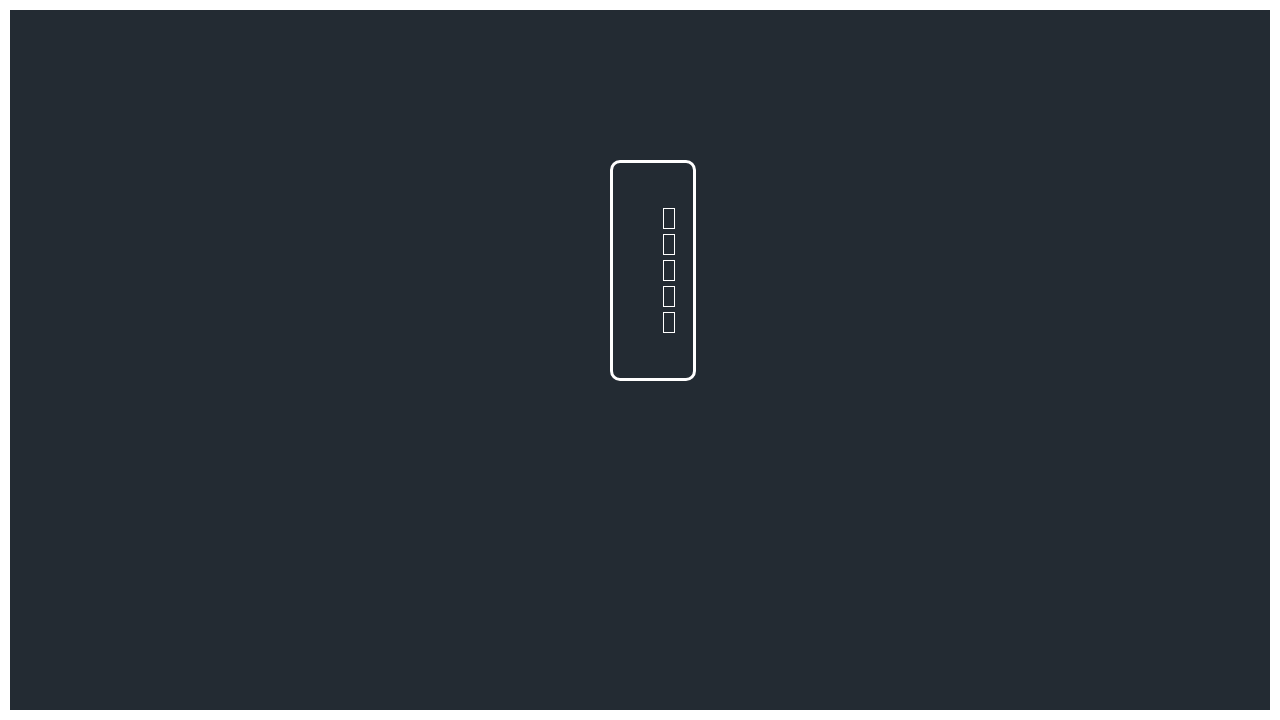
Repository: wakoya-tech/react-project
Page: Desktop/shaakala/aschu/index.html
These files come from the project's save history. The page is drawn as it stood at one moment and after the next save; the edit follows.
The browser window is 1280 px wide. The pictures show the whole page.

Above is the page before, as saved 2025-08-29 20:32:59.

After the next save:
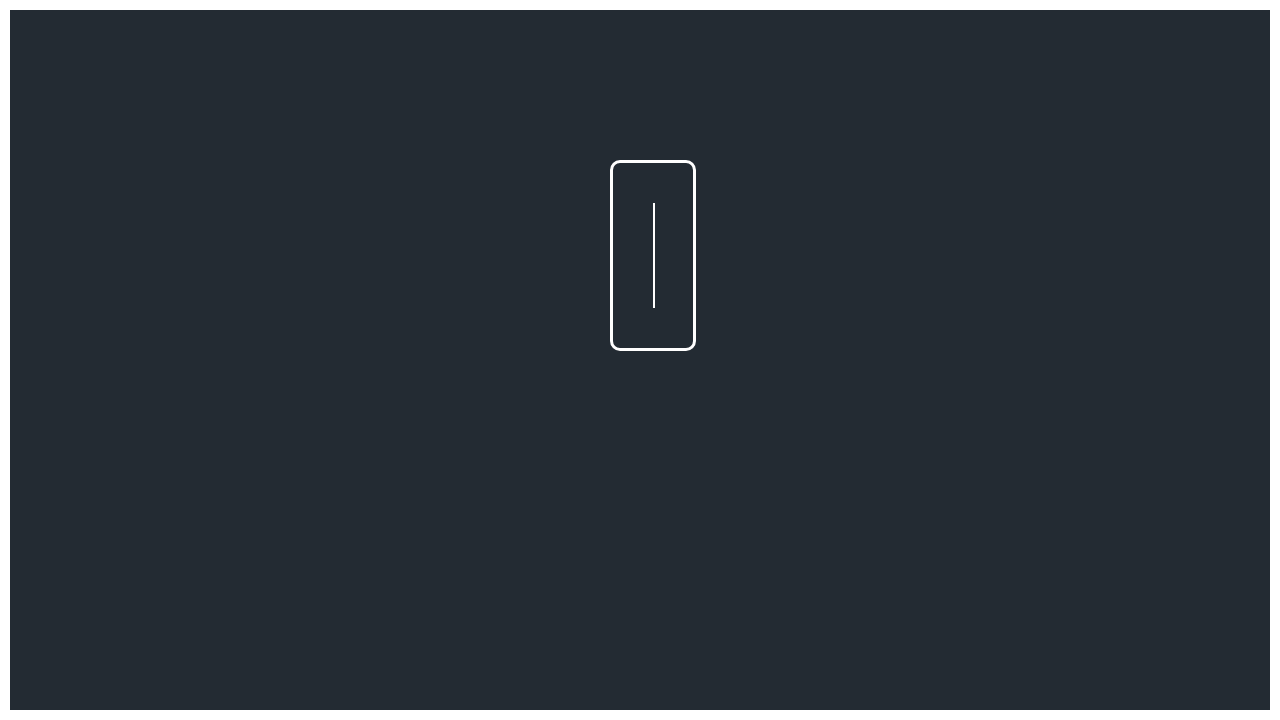
Saved 13 s later.
--- a/Desktop/shaakala/aschu/index.html
+++ b/Desktop/shaakala/aschu/index.html
@@ -41,8 +41,7 @@
 .list-items{
      border: 1px solid white;
      overflow: hidden;
-     margin: 5px 10px 5px 10px;
-     padding-left: 10px;
+
 }
 </style>
 <body>
